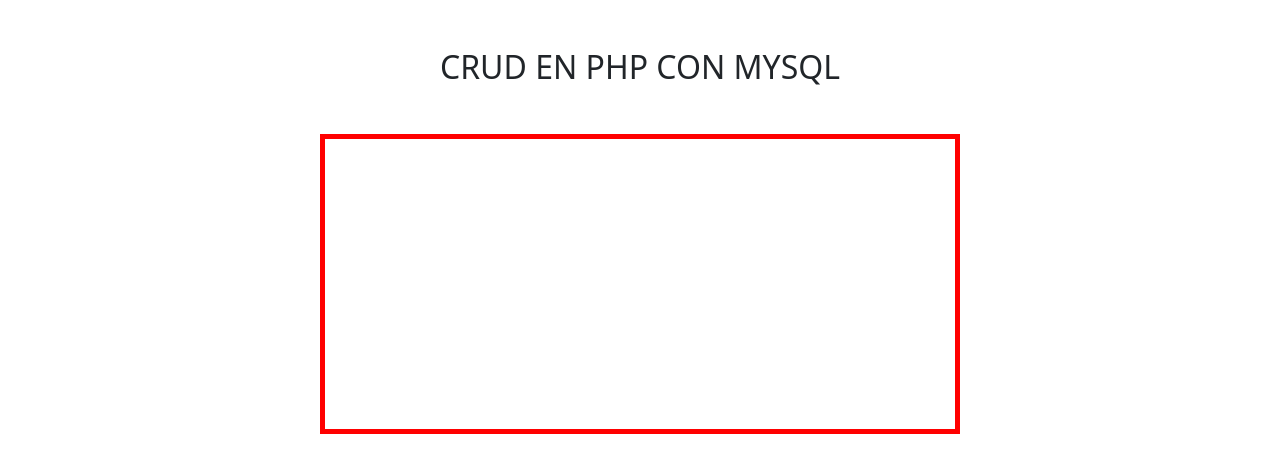
Repository: nder1996/CRUD_SENCILLO
Page: http://localhost/
An editor plug-in stored every save of this project. The page is shown before and after the next save, followed by the edit.
The browser window is 1280 px wide. The pictures show the whole page.
The page is run by PHP 8.4 with error messages shown; the project is at /var/www/html/.

Above is the page before, as saved 2021-10-04 19:52:09.

### CRUD - SILENCIADO/index.php
<!DOCTYPE html>
<html lang="en">
<head>
    <meta charset="UTF-8">
    <meta http-equiv="X-UA-Compatible" content="IE=edge">
    <meta name="viewport" content="width=device-width, initial-scale=1.0">
    <title>CRUD PHP</title>
    <link href="https://cdn.jsdelivr.net/npm/bootstrap@5.1.1/dist/css/bootstrap.min.css" rel="stylesheet" integrity="sha384-F3w7mX95PdgyTmZZMECAngseQB83DfGTowi0iMjiWaeVhAn4FJkqJByhZMI3AhiU" crossorigin="anonymous">
    <link rel="stylesheet" href="css/estilos.css">
    <link rel="stylesheet" href="https://cdnjs.cloudflare.com/ajax/libs/bootstrap-icons/1.5.0/font/bootstrap-icons.min.css" integrity="sha512-xnP2tOaCJnzp2d2IqKFcxuOiVCbuessxM6wuiolT9eeEJCyy0Vhcwa4zQvdrZNVqlqaxXhHqsSV1Ww7T2jSCUQ==" crossorigin="anonymous" referrerpolicy="no-referrer" />
</head>
<body>
    <h2 class="text-center mt-5">CRUD EN PHP CON MYSQL</h2>
    <div class="contenedor mt-5">
            <div>
                <section>

                </section>
                <section></section>
                <section></section>
            </div>
        <!--
        <div class="input-group">
            <input type="text" class="form-control" placeholder="Recipient's username" aria-label="Recipient's username with two button addons">
            <button class="btn btn-outline-secondary" type="button"><i class="bi bi-search mr-5"></i></button>
            <button class="btn btn-outline-secondary" type="button"><i class="bi bi-file-earmark-plus"></i></button>
          </div>
        <div class="">
            <i class="bi bi-alarm"></i>
        </div>
        -->
    </div>
    <script src="https://cdn.jsdelivr.net/npm/bootstrap@5.1.1/dist/js/bootstrap.bundle.min.js" integrity="sha384-/bQdsTh/da6pkI1MST/rWKFNjaCP5gBSY4sEBT38Q/9RBh9AH40zEOg7Hlq2THRZ" crossorigin="anonymous"></script>
</body>
</html>

### CRUD - SILENCIADO/css/estilos.css
.contenedor{
    border:5px solid red;
    width: 50%;
    height: 300px;
    margin: auto;
}

.input-group{
    border:5px solid black;
}

After the next save:
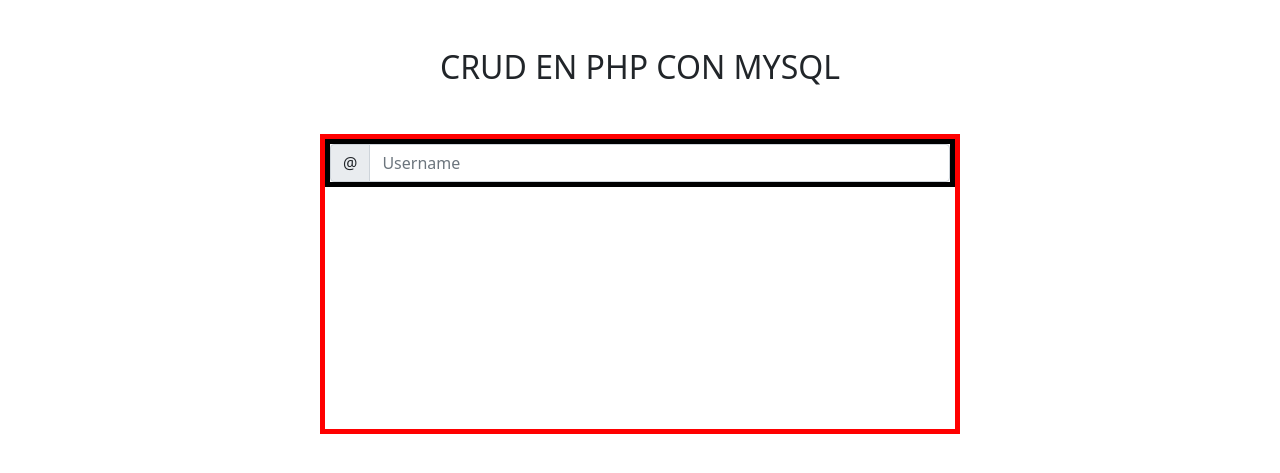
Saved 5 s later.
--- a/CRUD - SILENCIADO/index.php
+++ b/CRUD - SILENCIADO/index.php
@@ -14,7 +14,11 @@
     <div class="contenedor mt-5">
             <div>
                 <section>
-
+                    <label class="visually-hidden" for="inlineFormInputGroupUsername">Username</label>
+                    <div class="input-group">
+                      <div class="input-group-text">@</div>
+                      <input type="text" class="form-control" id="inlineFormInputGroupUsername" placeholder="Username">
+                    </div>
                 </section>
                 <section></section>
                 <section></section>
